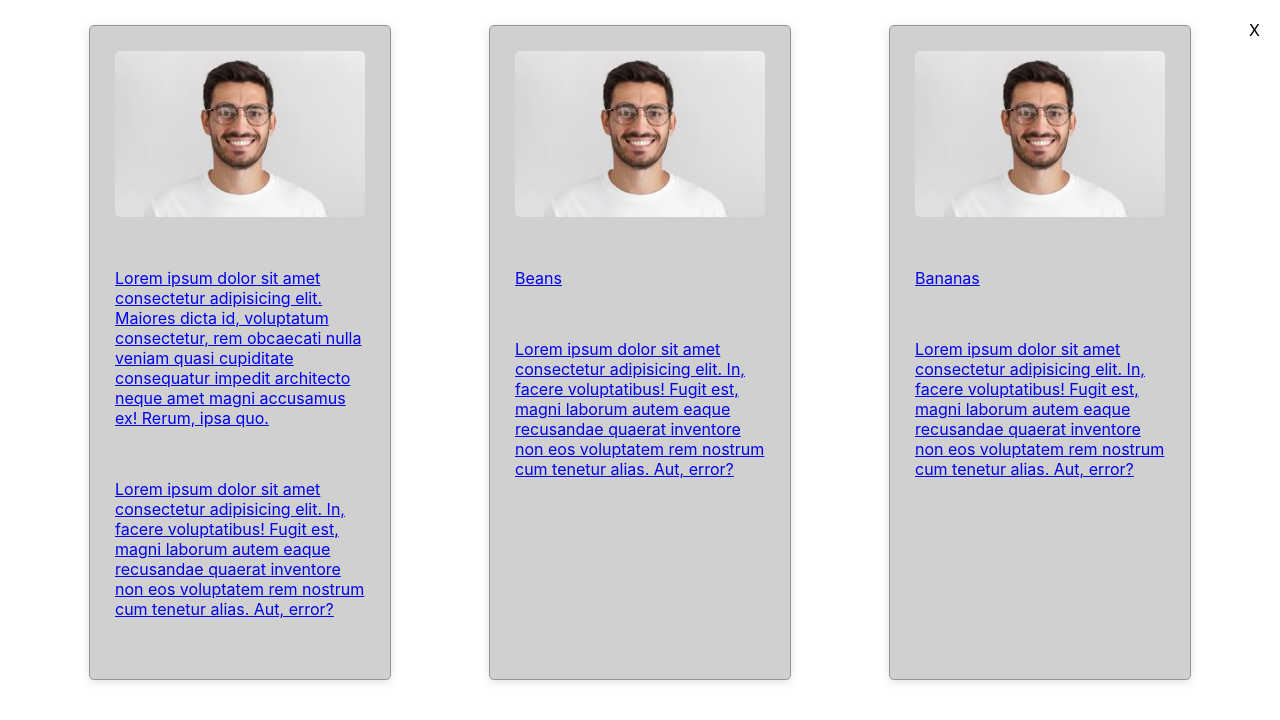
Repository: mikelnorth/team-profile-demo
Page: /
An editor plug-in stored every save of this project. The page is shown before and after the next save, followed by the edit.
The browser window is 1280 px wide. The pictures show the whole page.
The project was rebuilt for these pictures with package versions that can differ from the ones it lists, and the page was loaded fresh each time. Also part of the build but not shown: src/pages/Person.js.

Above is the page before, as saved 2022-05-19 21:10:04.

After the next save:
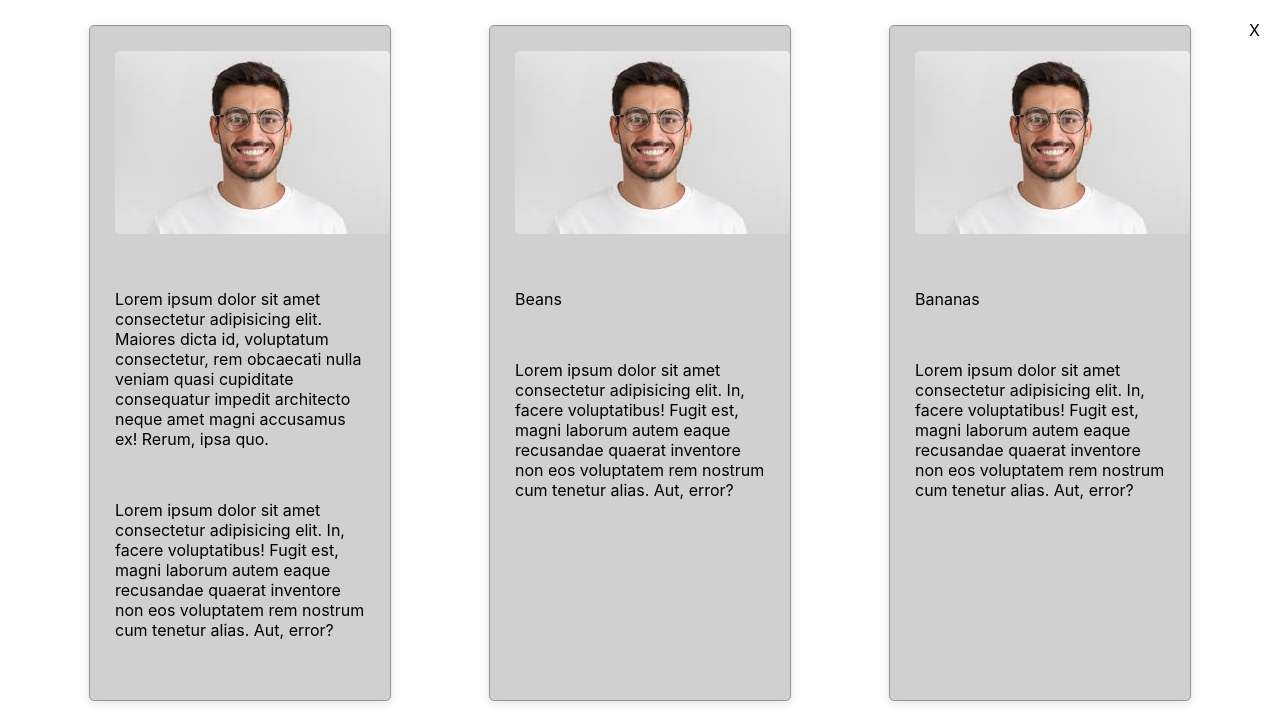
Saved 111 s later.
--- a/src/components/Card.js
+++ b/src/components/Card.js
@@ -1,13 +1,16 @@
-import { Link } from "react-router-dom";
 import headshot from "../assets/images/stock-head.jpeg";
 import './Card.scss';
+import { Link } from "react-router-dom";
 
 export default function Card({person}) {
   const {id, image, text} = person;
 
   return (
-    <Link to={`/person/${id}`} className="card" key={id}>
-      <img src={image} alt="headshot" />
+    <section className="card" key={id}>
+      <Link to={`/person/${id}`}>
+        <img src={image} alt="headshot" />
+
+      </Link>
       <p>
         {text}
       </p>
@@ -16,6 +19,6 @@ export default function Card({person}) {
         voluptatibus! Fugit est, magni laborum autem eaque recusandae quaerat
         inventore non eos voluptatem rem nostrum cum tenetur alias. Aut, error?
       </p>
-    </Link>
+    </section>
   );
 }
